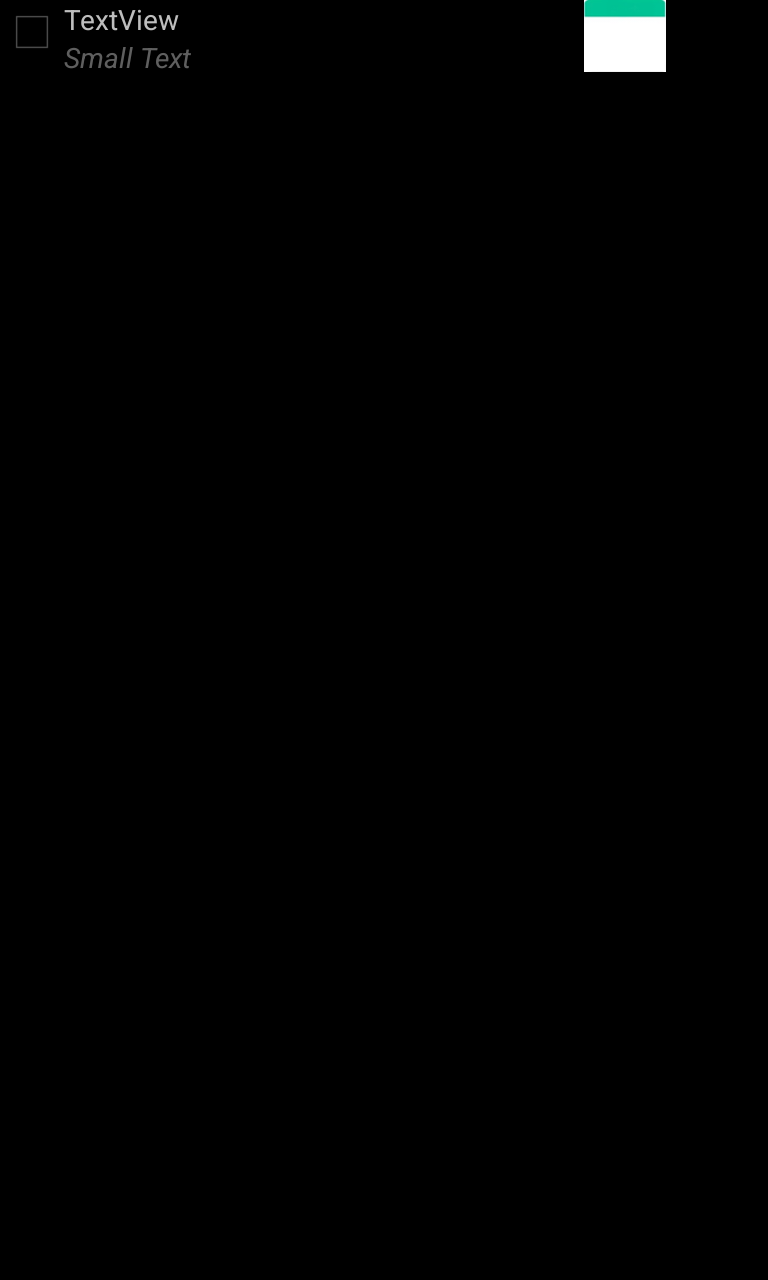
Repository: Damaitan/JTD
Layout: Mobile/res/layout/task_folder_item.xml
An editor plug-in stored every save of this project. The layout is shown before and after the next save, followed by the edit.
It is drawn on a 768 x 1280 px phone screen (xhdpi) without system bars, with theme android:Theme.Holo; the app's code is not run.

Above is the layout before, as saved 2015-01-09 08:57:40.

After the next save:
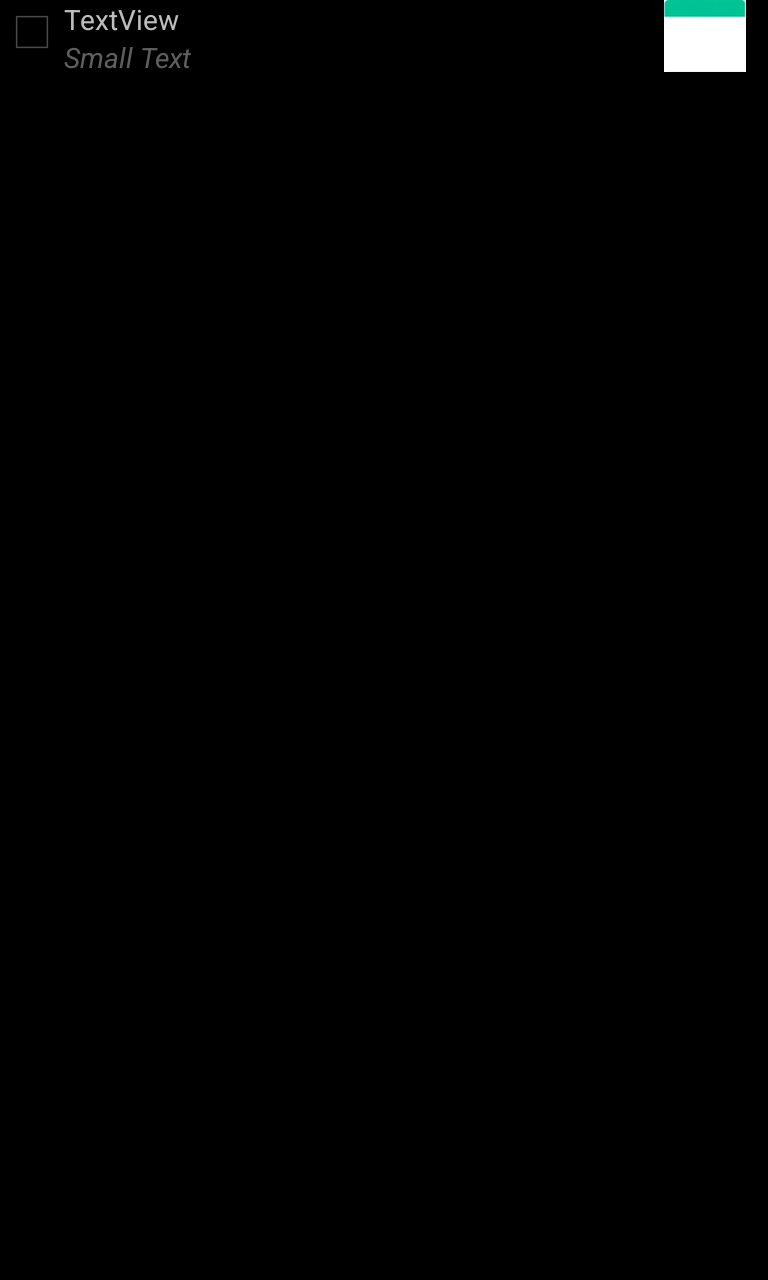
Saved 3 min 16 s later.
--- a/Mobile/res/layout/task_folder_item.xml
+++ b/Mobile/res/layout/task_folder_item.xml
@@ -18,7 +18,7 @@
 
     <TextView
         android:id="@+id/task_folder_item_name"
-        android:layout_width="260dp"
+        android:layout_width="300dp"
         android:layout_column="1"
         android:layout_gravity="left"
         android:layout_row="0"
@@ -27,7 +27,7 @@
 
     <TextView
         android:id="@+id/task_folder_item_tag"
-        android:layout_width="260dp"
+        android:layout_width="300dp"
         android:layout_column="1"
         android:layout_gravity="left"
         android:layout_row="1"
